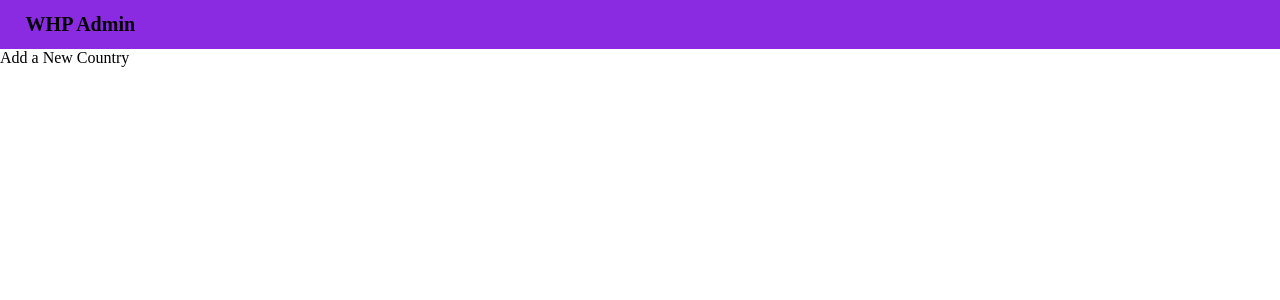
Repository: sabinaPetrisor/World_Hour_Project
Page: http://localhost/WorldHourProject/jsp/add-country.jsp
An editor plug-in stored every save of this project. The page is shown before and after the next save, followed by the edit.
The browser window is 1280 px wide. The pictures show the whole page.
The page is served by Tomcat 9.

Above is the page before, as saved 2023-08-04 12:06:55.

After the next save:
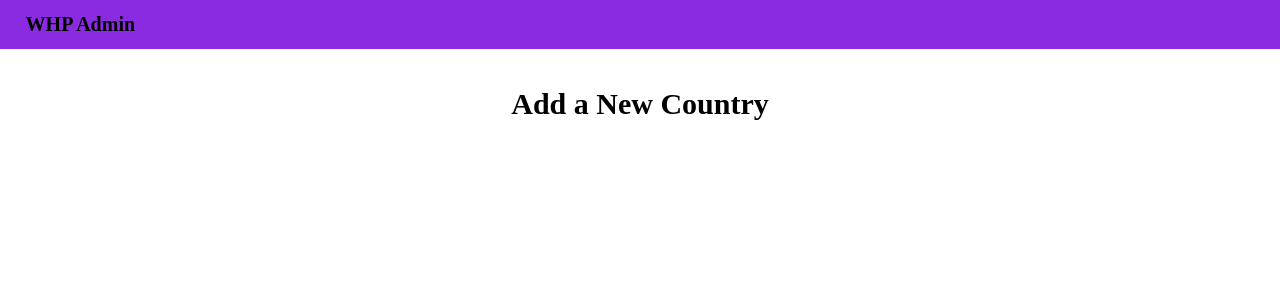
Saved 11 s later.
--- a/WorldHourProject/src/main/webapp/jsp/add-country.jsp
+++ b/WorldHourProject/src/main/webapp/jsp/add-country.jsp
@@ -6,6 +6,7 @@
 	<meta name="viewport" content="width=device-width, initial-scale=1" charset="UTF-8">
 	<title>World Hour Project Add Country</title>
 	<style> <%@include file="../css/navbar.css" %> </style>
+	<style> <%@include file="../css/admin.css" %> </style>
 	<style> <%@include file="../css/add-page-admin.css" %> </style>
 </head>
 <body>
